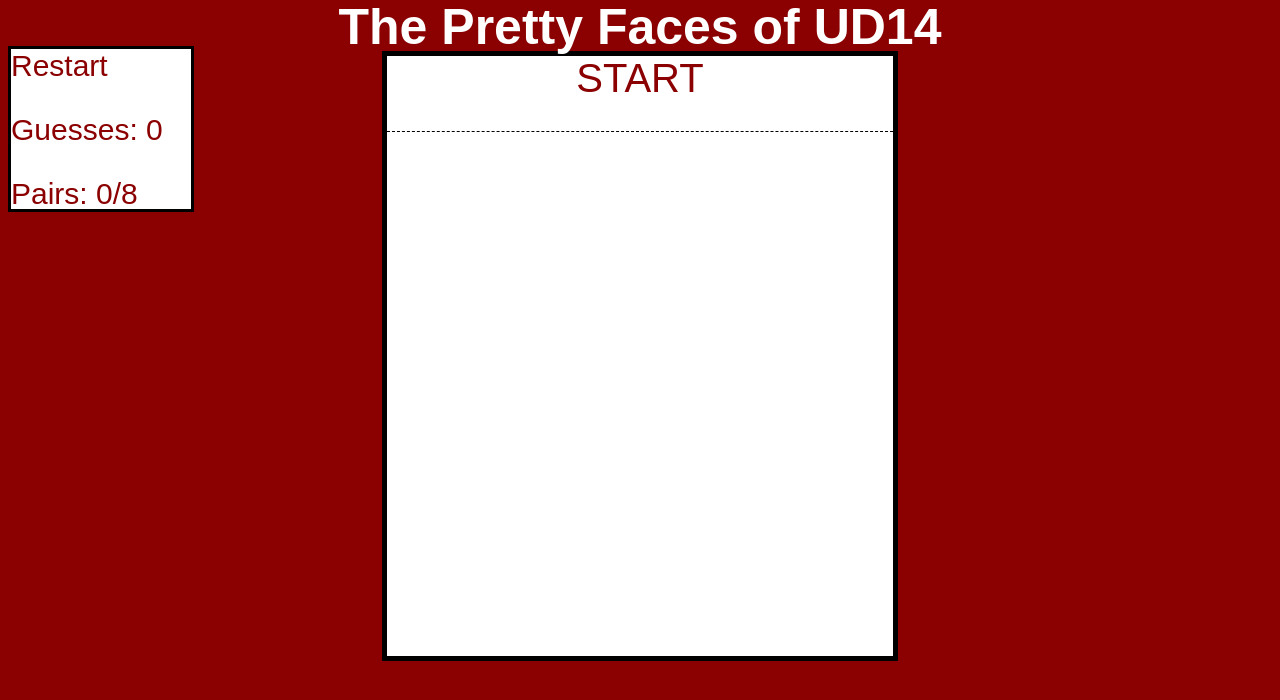
Repository: fr222cy/1dv403-JavaScript-L01
Page: 3-gameon/memory/index.html
The author's editor kept a record of every edit. The page is drawn from the files as they stood at one moment, then again after the next edit.
The browser window is 1280 px wide. The pictures show the whole page.

Above is the page before.
Console error: SyntaxError: missing ) after argument list

After the next edit:
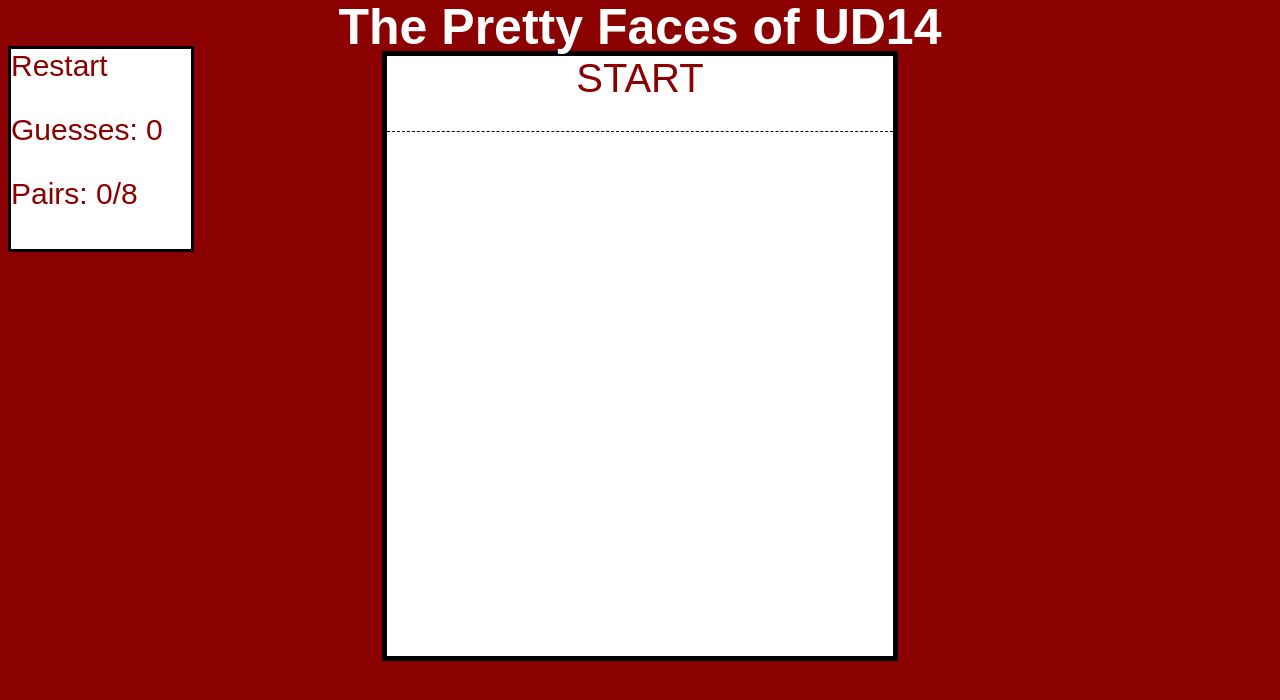
The edit:
--- a/3-gameon/memory/style.css
+++ b/3-gameon/memory/style.css
@@ -35,7 +35,7 @@
     color:darkRed;
     font-family:Arial, Helvetica, sans-serif;
     font-size:30px;
-    height:160px;
+    height:200px;
     width:180px;
     border: 3px solid black;
     background-color:white;
